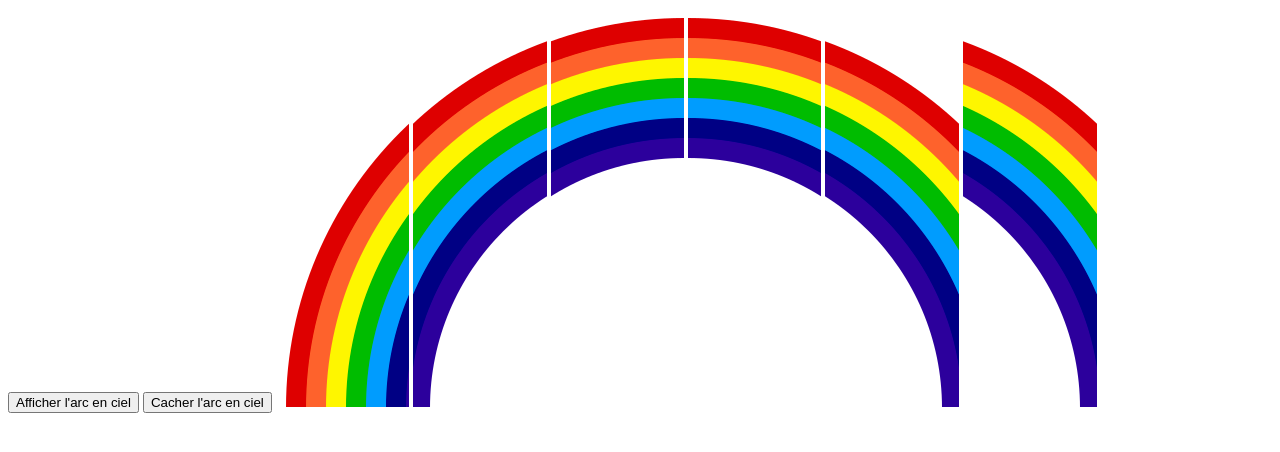
Repository: karim-sebih/runtrackJs
Page: jour3/job2/index.html
An editor plug-in stored every save of this project. The page is shown before and after a run of saves, followed by the edit.
The browser window is 1280 px wide. The pictures show the whole page.

Above is the page before, as saved 2025-03-12 10:26:43.

After the next 2 saves:
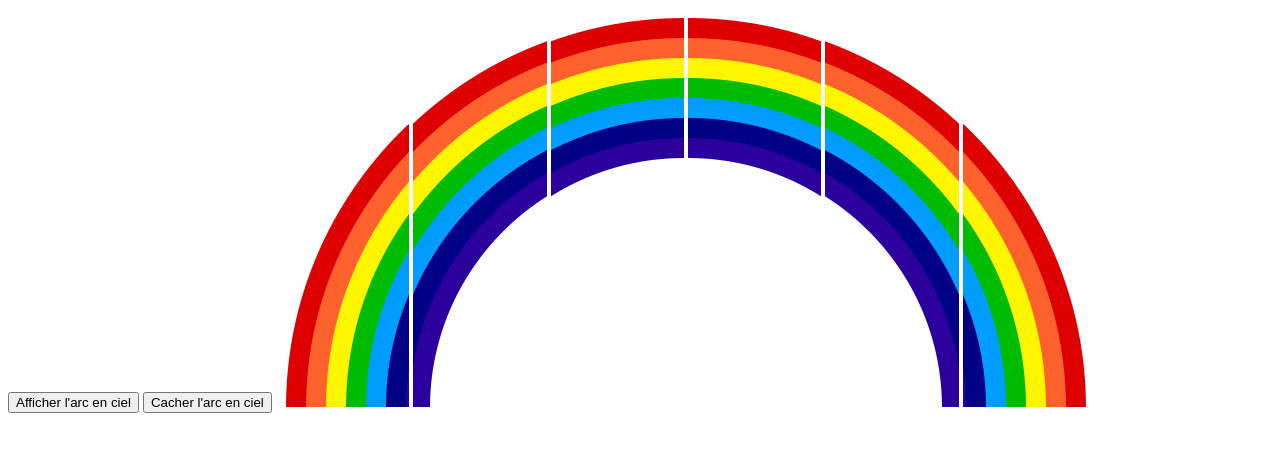
The 2 saves are shown as one change because they came seconds apart.
The last was saved 105 s later.
--- a/jour3/job2/index.html
+++ b/jour3/job2/index.html
@@ -15,7 +15,7 @@
     <img src="./image/arc3.png" alt="">
     <img src="./image/arc4.png" alt="">
     <img src="./image/arc5.png" alt="">
-    <img src="./image/arc5.png" alt="">
+    <img src="./image/arc6.png" alt="">
 
 
 
